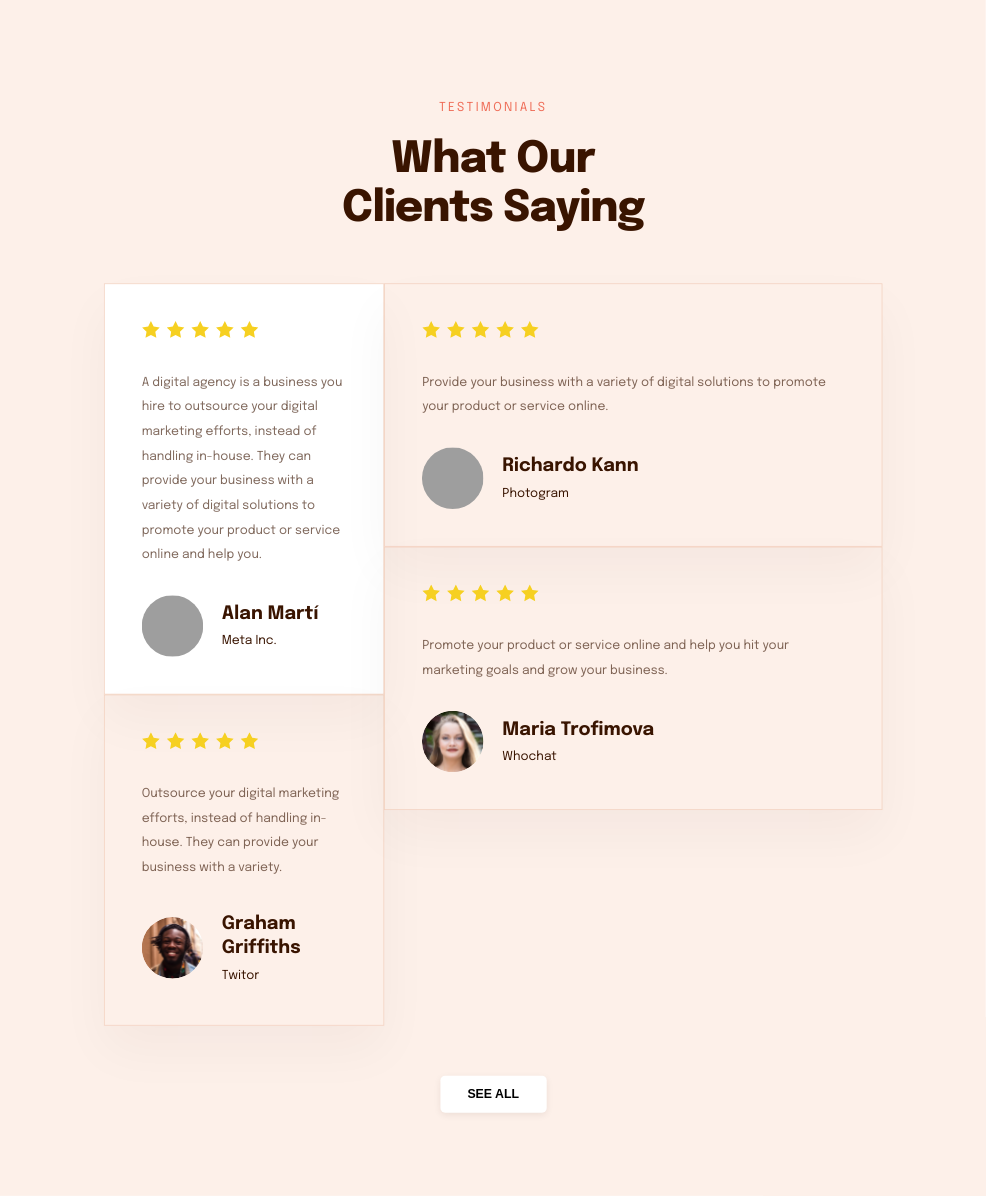
Repository: NatiqSamiyev/image-task
Page: aboutPage/index.html
These files come from the project's save history. The page is drawn as it stood at one moment and after the next save; the edit follows.
The browser window is 1280 px wide. The pictures show the whole page, at 77% of full size.
Pictures or frames that could not be fetched are drawn as grey boxes.

Above is the page before, as saved 2023-08-28 15:29:56.

After the next save:
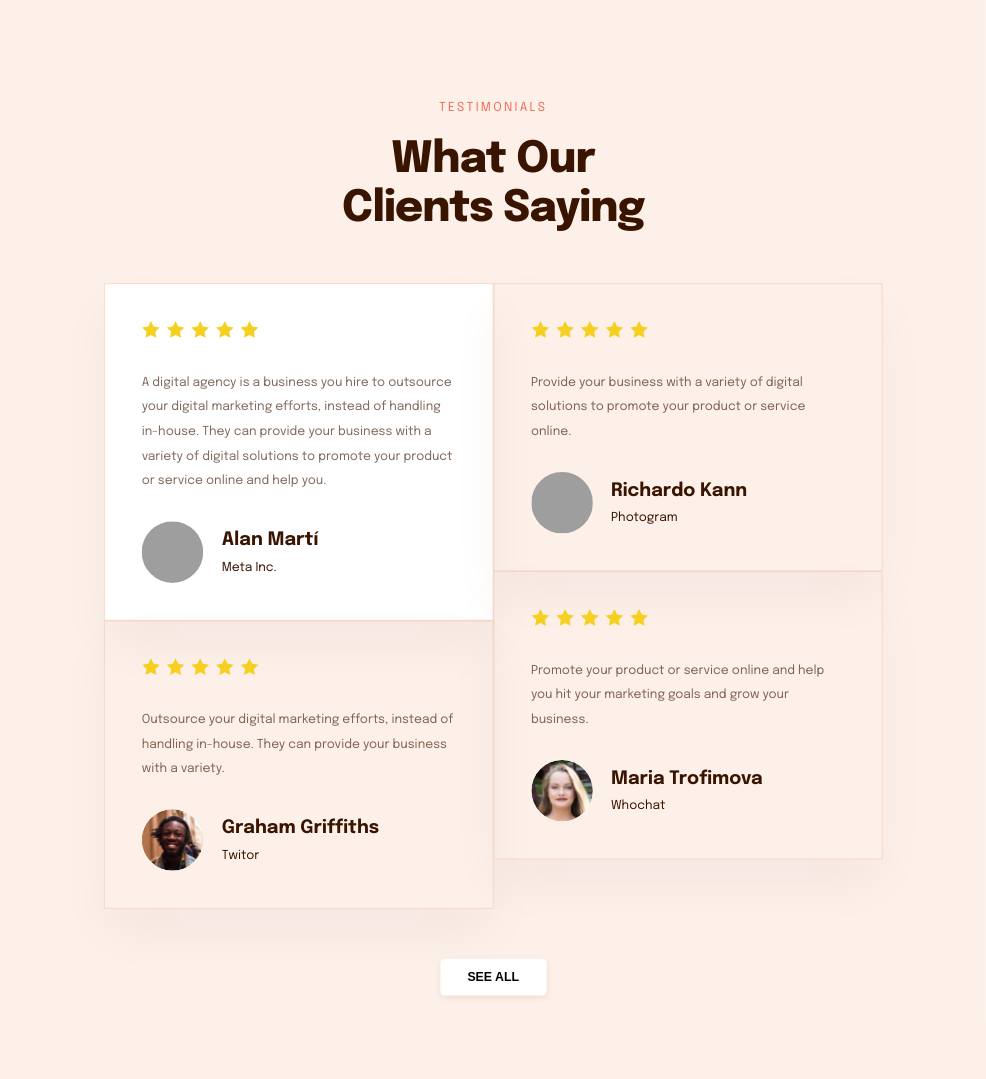
Saved 12 s later.
--- a/aboutPage/index.css
+++ b/aboutPage/index.css
@@ -48,7 +48,7 @@
 .about-page-container .image-box .left {
   width: 50%;
 }
-.about-page-container .image-box .left {
+.about-page-container .image-box .right {
   width: 50%;
 }
 
